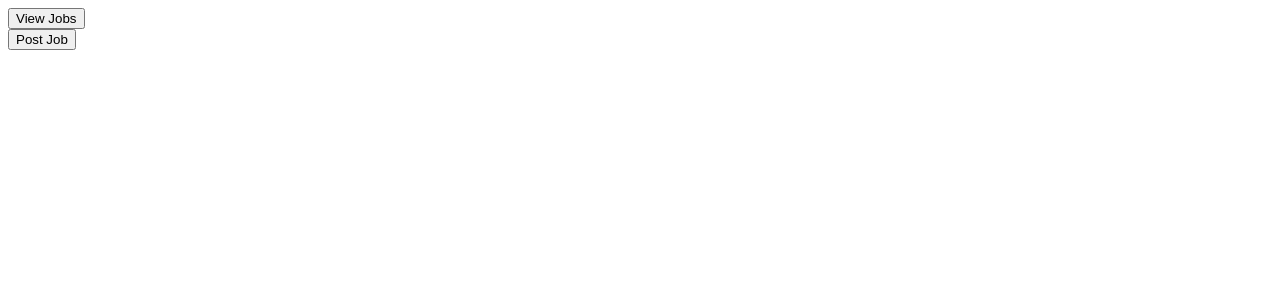
Repository: JamesArul/CLBSiteSTMT
Page: StudentsMeetFrontEnd/WebContent/Job/JobHome.html
These files come from the project's save history. The page is drawn as it stood at one moment and after the next save; the edit follows.
The browser window is 1280 px wide. The pictures show the whole page.

Above is the page before, as saved 2017-06-05 14:58:14.

### StudentsMeetFrontEnd/WebContent/Job/JobHome.html
<div ng-include="'Common/CommonHeader.html'"></div>
<div ng-controller="JobController as jtrl">
<div ng-if="isUser">
<button class="btn btn-info">View Jobs</button>
</div>
<div ng-if="isAdmin">
<a href="#" data-toggle="tooltip" data-placement="top" title="Post new Job Offers in website">
<button class="btn btn-info" ng-click="">Post Job</button>
</a>
</div>
</div>

After the next save:
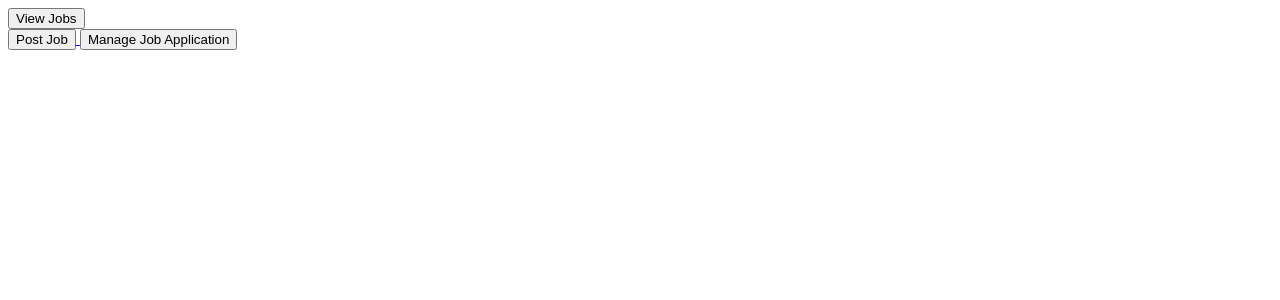
Saved 31 s later.
--- a/StudentsMeetFrontEnd/WebContent/Job/JobHome.html
+++ b/StudentsMeetFrontEnd/WebContent/Job/JobHome.html
@@ -7,5 +7,8 @@
 <a href="#" data-toggle="tooltip" data-placement="top" title="Post new Job Offers in website">
 <button class="btn btn-info" ng-click="">Post Job</button>
 </a>
+<a href="#" data-toggle="tooltip" data-placement="top" title="Manage Job Applications of users">
+<button class="btn btn-info" ng-click="">Manage Job Application</button>
+</a>
 </div>
 </div>
